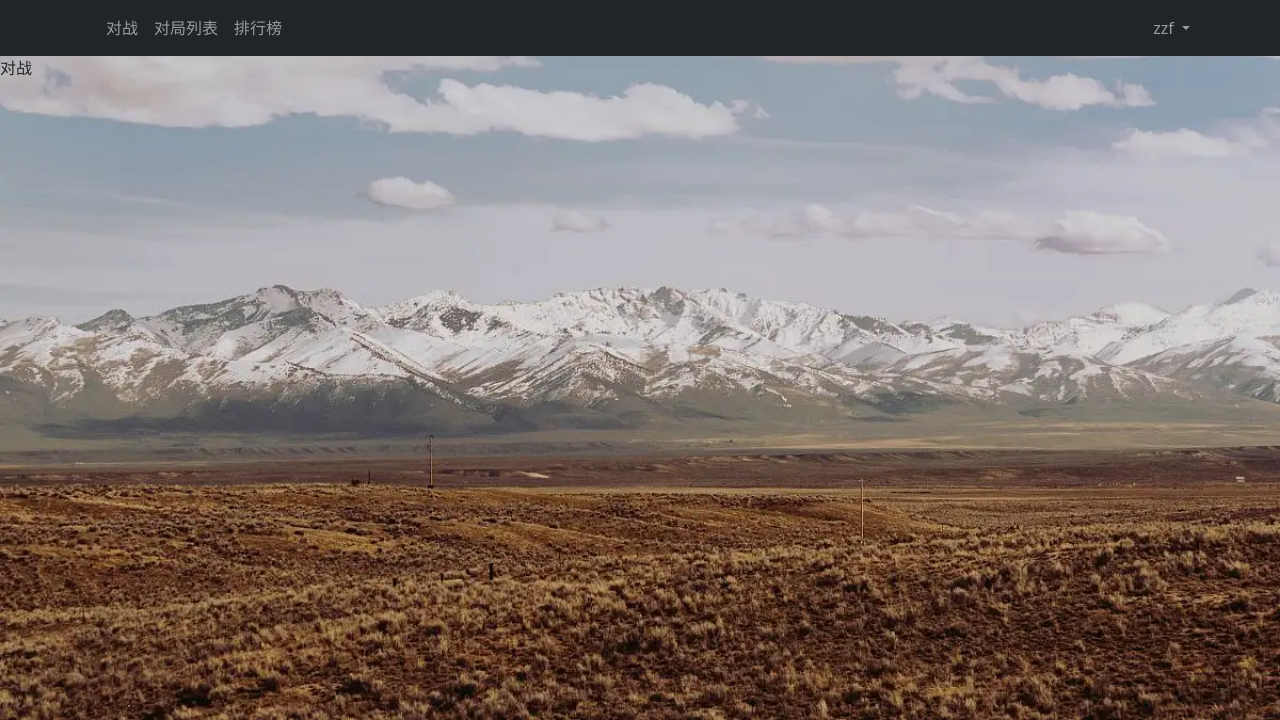
Repository: Chasingwind-Z/Kob
Page: / (app in web/)
The author's editor kept a copy of each file at every save. The page is drawn from the files as they stood at one save, then again after the next save.
The browser window is 1280 px wide. The pictures show the whole page.
The project was rebuilt for these pictures with package versions that can differ from the ones it lists, and the page was loaded fresh each time. Also part of the build but not shown: web/vue.config.js, web/src/views/record/RecordIndexView.vue, web/src/views/ranklist/RanklistIndexView.vue, web/src/views/user/bot/UserBotIndexView.vue, web/src/views/error/NotFound.vue. Imported but missing from the stored project, and not drawn on this page: web/src/components/ContentField.vue.

Above is the page before, as saved 2023-02-09 20:53:30.

After the next save:
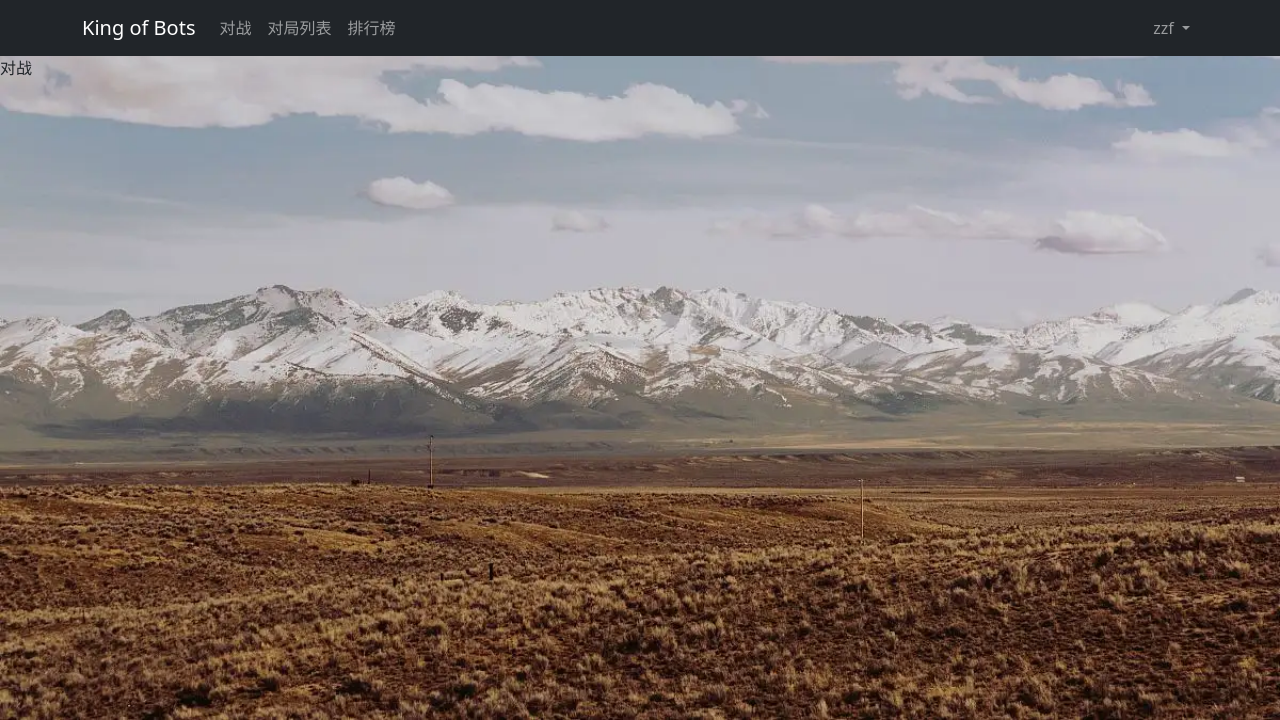
Saved 2 min 9 s later.
--- a/web/src/components/NavBar.vue
+++ b/web/src/components/NavBar.vue
@@ -1,7 +1,9 @@
 <template>
   <nav class="navbar navbar-expand-lg navbar-dark bg-dark">
     <div class="container">
-      <router-link class="navbar-brand" :to="{ name: 'home' }"></router-link>
+      <router-link class="navbar-brand" :to="{ name: 'home' }"
+        >King of Bots</router-link
+      >
       <div class="collapse navbar-collapse" id="navbarText">
         <ul class="navbar-nav me-auto mb-2 mb-lg-0">
           <li class="nav-item">
